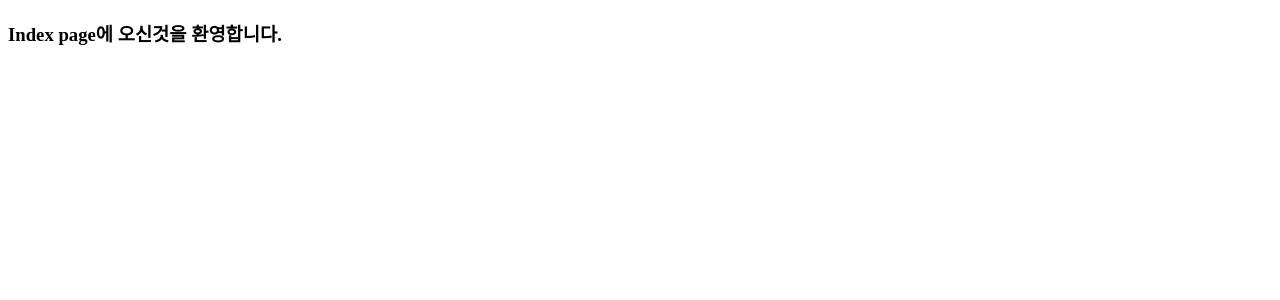
Repository: kr1124/jsp
Page: http://localhost/ServletProject/mvc/index.jsp
The author's editor kept a copy of each file at every save. The page is drawn from the files as they stood at one save, then again after the next save.
The browser window is 1280 px wide. The pictures show the whole page.
The page is served by Tomcat 9. Other server files are loaded and not shown.

Above is the page before, as saved 2024-12-23 01:49:27.

### ServletProject/src/main/webapp/mvc/index.jsp
<%@ page language="java" contentType="text/html; charset=UTF-8" pageEncoding="UTF-8"%>
<!DOCTYPE html>
<html>
<head>
	<meta charset="UTF-8">
	<title>MVC 패턴</title>
</head>
<body>
	<h3>Index page에 오신것을 환영합니다.</h3>
</body>
</html>

After the next save:
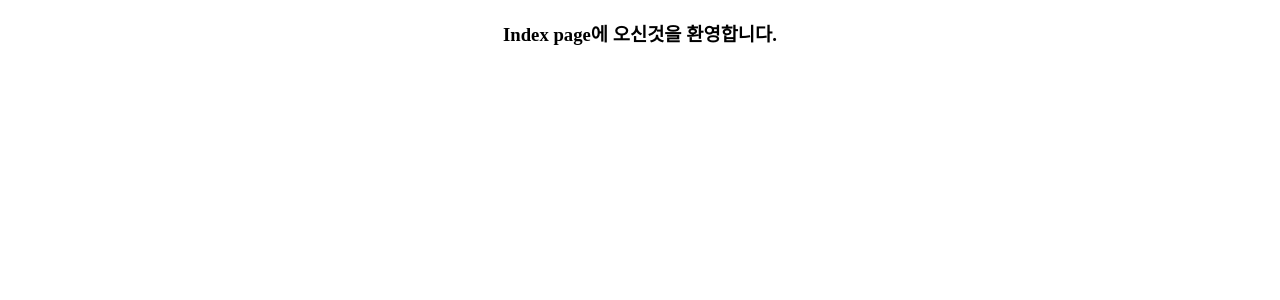
Saved 51 s later.
--- a/ServletProject/src/main/webapp/mvc/index.jsp
+++ b/ServletProject/src/main/webapp/mvc/index.jsp
@@ -6,6 +6,6 @@
 	<title>MVC 패턴</title>
 </head>
 <body>
-	<h3>Index page에 오신것을 환영합니다.</h3>
+	<h3 align="center">Index page에 오신것을 환영합니다.</h3>
 </body>
 </html>
